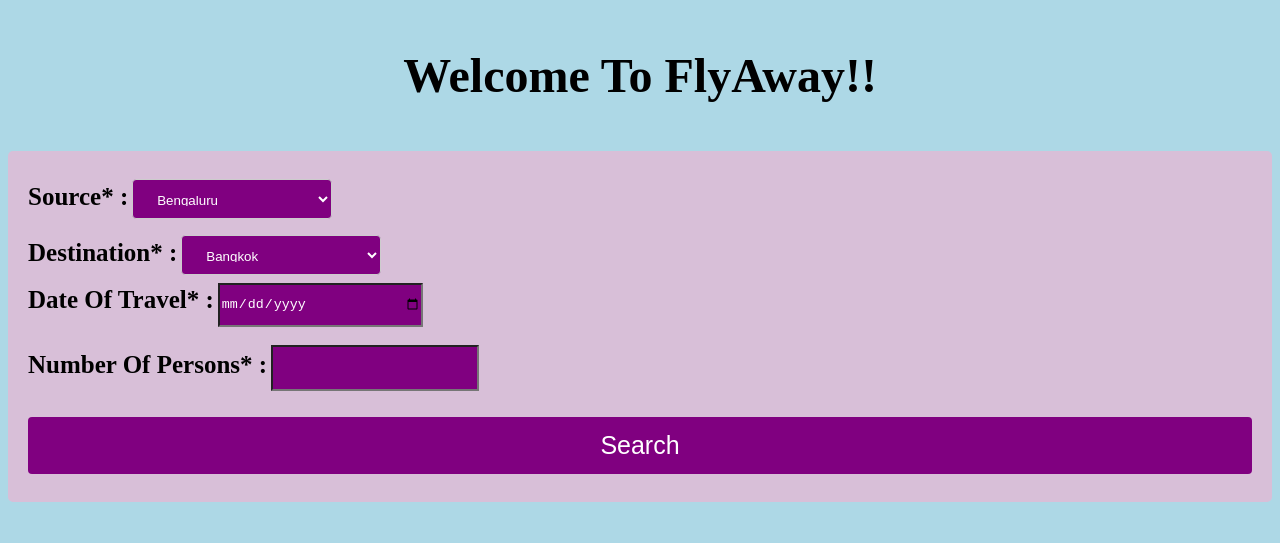
Repository: KanimozhiThandapani/Phase2AirlineBookingProject
Page: http://localhost/AirlineBooking/homepage.jsp
These files come from the project's save history. The page is drawn as it stood at one moment and after the next save; the edit follows.
The browser window is 1280 px wide. The pictures show the whole page.
The page is served by Tomcat 9. Other server files are loaded and not shown.

Above is the page before, as saved 2022-04-22 13:00:40.

### AirlineBooking/WebContent/homepage.jsp
<!DOCTYPE html>
<html>
<style>
input[type=text], select {
  width: 50%;
  padding: 12px 20px;
  margin: 8px 0;
  display: inline-block;
  border: 1px solid #ccc;
  border-radius: 4px;
  box-sizing: border-box;
}

input[type=submit] {
  width: 100%;
  background-color: purple;
  color: white;
  padding: 14px 20px;
  margin: 8px 0;
  border: none;
  border-radius: 4px;
  cursor: pointer;
  text-align: center;
}

input[type=submit]:hover {
  background-color: #45a049;
  text-align: center;
}

div {
  border-radius: 5px;
  background-color: thistle;
  padding: 20px;
}

h3 {
  text-align: center;
  font-size: 3em;
  color: black;
}
</style>
<body style="background-color:lightblue;">


<h3>Welcome To FlyAway!!</h3>

<div>
  <form action="flightDetails" method="get">

    <label for="source" style="font-size: 25px"><strong>Source* :</strong></label>
    <select id="source" name="source" style="width:200px;height: 40px; background: purple; color: #FFF;">
      <option value="bengaluru">Bengaluru</option>
      <option value="chennai">Chennai</option>
      <option value="kochi">Kochi</option>
      <option value="mumbai">Mumbai</option>
    </select><br>

    <label for="destination" style="font-size: 25px"><strong>Destination* :</strong></label>
    <select id="destination" name="destination" style="width:200px;height: 40px; background: purple; color: #FFF;">
      <option value="bangkok">Bangkok</option>
      <option value="bengaluru">Bengaluru</option>
      <option value="mumbai">Mumbai</option>
      <option value="newDelhi">New Delhi</option>
    </select><br>

    <label for="dateOfTravel" style="font-size: 25px"><strong>Date Of Travel* :</strong></label>
    <input type="date" id="dot" name="dot" style="width:200px;height: 40px; background: purple; color: #FFF;" required><br><br>

    <label for="numberOfPersons" style="font-size: 25px"><strong>Number Of Persons* :</strong></label>
    <input type="number" name="numberOfPersons" style="width:200px;height: 40px; background: purple; color: #FFF;" required><br><br>

    <input type="submit" value="Search" style="font-size: 25px">
  </form>
</div>

</body>
</html>

After the next save:
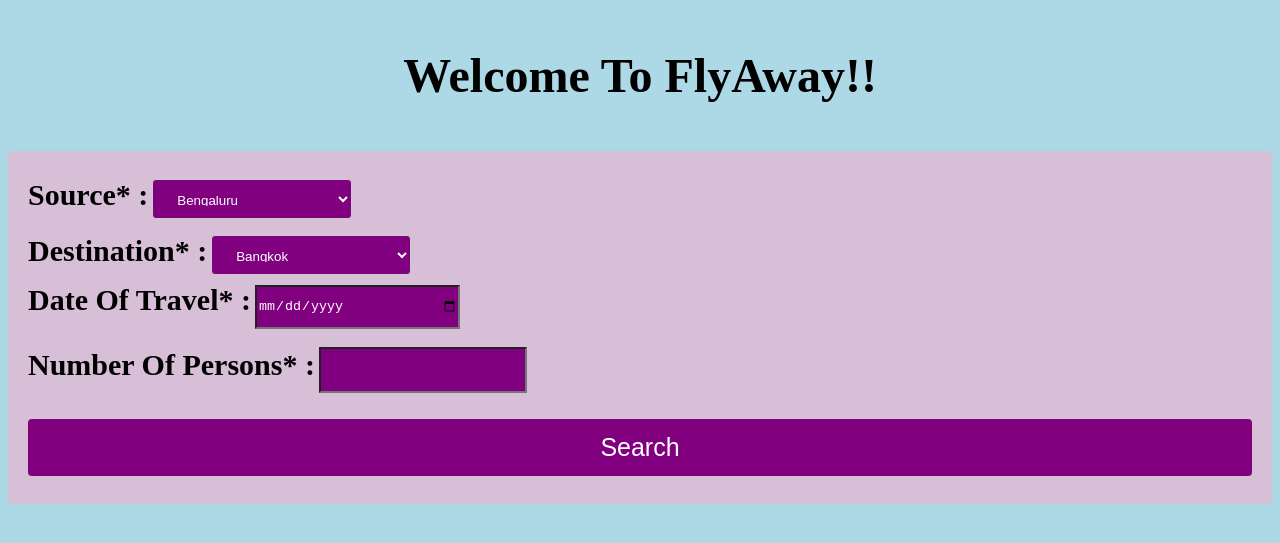
Saved 30 s later.
--- a/AirlineBooking/WebContent/homepage.jsp
+++ b/AirlineBooking/WebContent/homepage.jsp
@@ -48,7 +48,7 @@ h3 {
 <div>
   <form action="flightDetails" method="get">
 
-    <label for="source" style="font-size: 25px"><strong>Source* :</strong></label>
+    <label for="source" style="font-size: 30px"><strong>Source* :</strong></label>
     <select id="source" name="source" style="width:200px;height: 40px; background: purple; color: #FFF;">
       <option value="bengaluru">Bengaluru</option>
       <option value="chennai">Chennai</option>
@@ -56,7 +56,7 @@ h3 {
       <option value="mumbai">Mumbai</option>
     </select><br>
 
-    <label for="destination" style="font-size: 25px"><strong>Destination* :</strong></label>
+    <label for="destination" style="font-size: 30px"><strong>Destination* :</strong></label>
     <select id="destination" name="destination" style="width:200px;height: 40px; background: purple; color: #FFF;">
       <option value="bangkok">Bangkok</option>
       <option value="bengaluru">Bengaluru</option>
@@ -64,10 +64,10 @@ h3 {
       <option value="newDelhi">New Delhi</option>
     </select><br>
 
-    <label for="dateOfTravel" style="font-size: 25px"><strong>Date Of Travel* :</strong></label>
+    <label for="dateOfTravel" style="font-size: 30px"><strong>Date Of Travel* :</strong></label>
     <input type="date" id="dot" name="dot" style="width:200px;height: 40px; background: purple; color: #FFF;" required><br><br>
 
-    <label for="numberOfPersons" style="font-size: 25px"><strong>Number Of Persons* :</strong></label>
+    <label for="numberOfPersons" style="font-size: 30px"><strong>Number Of Persons* :</strong></label>
     <input type="number" name="numberOfPersons" style="width:200px;height: 40px; background: purple; color: #FFF;" required><br><br>
 
     <input type="submit" value="Search" style="font-size: 25px">
